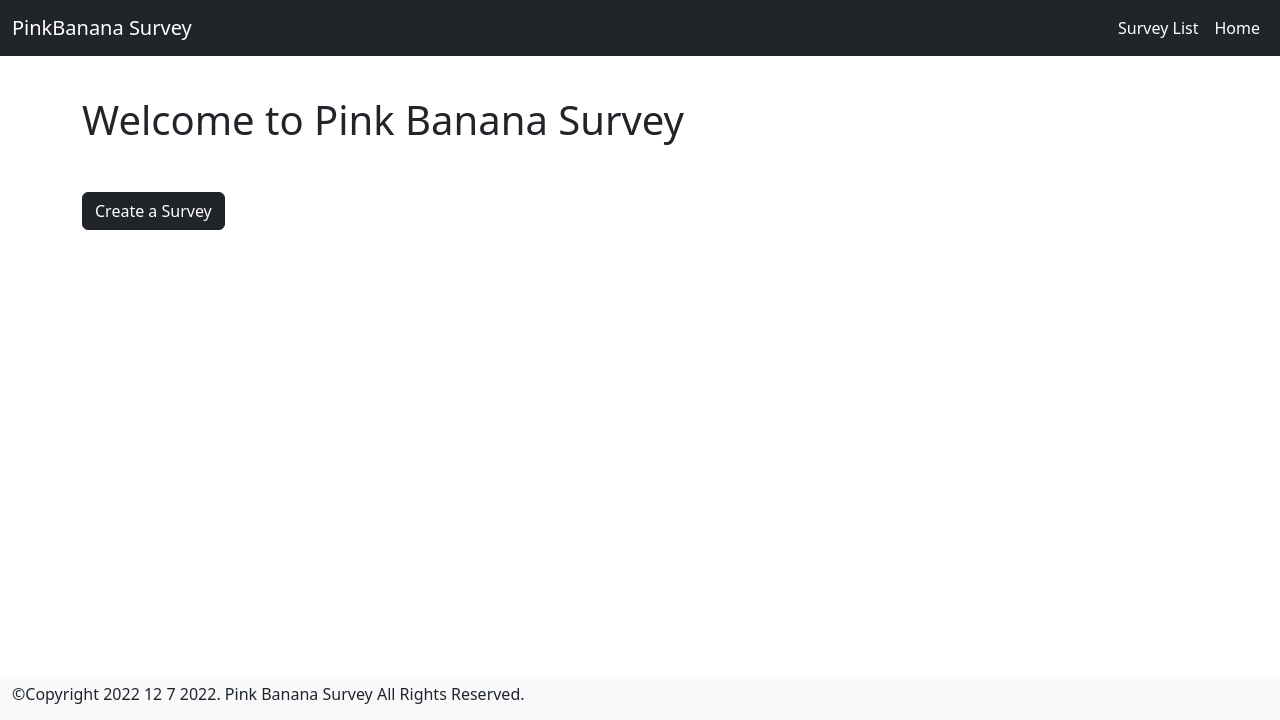
Repository: miaaow42/BananaProject
Page: / (app in front-end/)
These files come from the project's save history. The page is drawn as it stood at one moment and after the next save; the edit follows.
The browser window is 1280 px wide. The pictures show the whole page.
The project was rebuilt for these pictures with package versions that can differ from the ones it lists, and the page was loaded fresh each time. Also part of the build but not shown: front-end/src/App.css.

Above is the page before, as saved 2022-12-08 05:06:42.

After the next save:
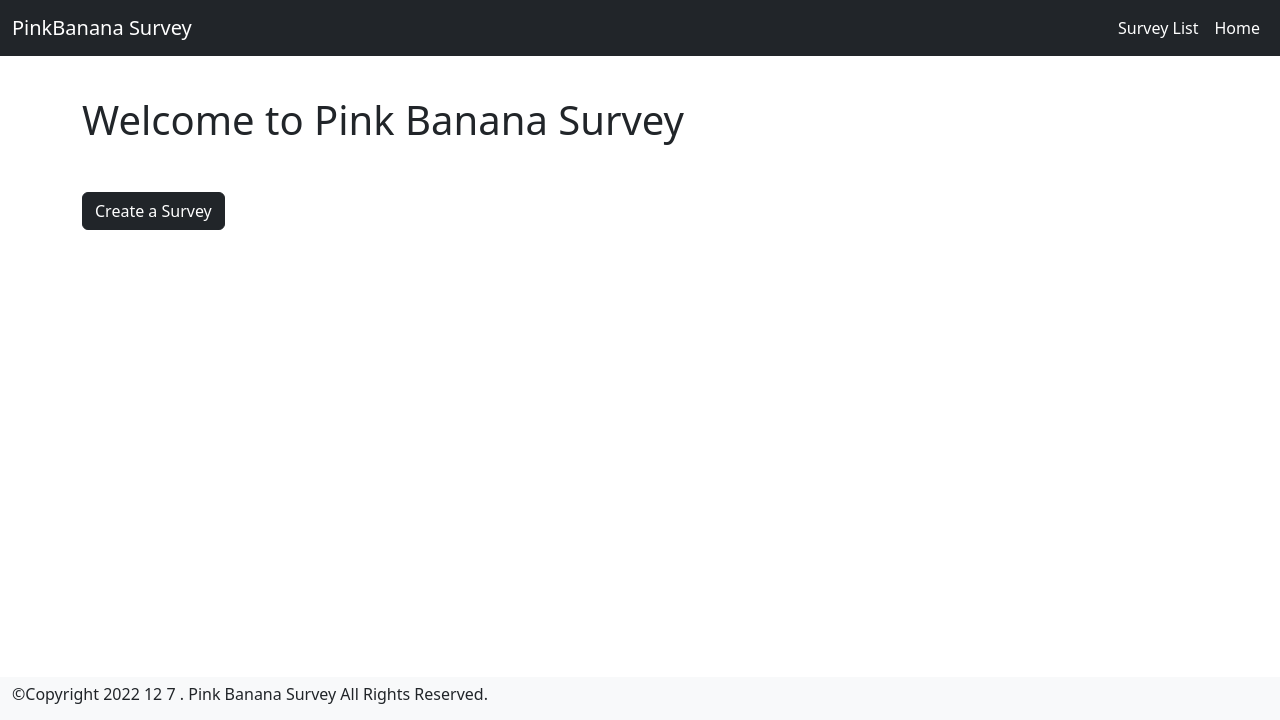
Saved 8 s later.
--- a/front-end/src/components/footer.tsx
+++ b/front-end/src/components/footer.tsx
@@ -23,7 +23,7 @@ function Footer()
     return(
         <nav className="navbar fixed-bottom bg-light">
         <div className="container-fluid">
-          <h6 >&copy;Copyright 2022 {getDate2()} {getDate()} {getDate3()}. Pink Banana Survey All Rights Reserved. </h6>
+          <h6 >&copy;Copyright {getDate3()} {getDate2()} {getDate()} . Pink Banana Survey All Rights Reserved. </h6>
         </div>
       </nav>
     )
